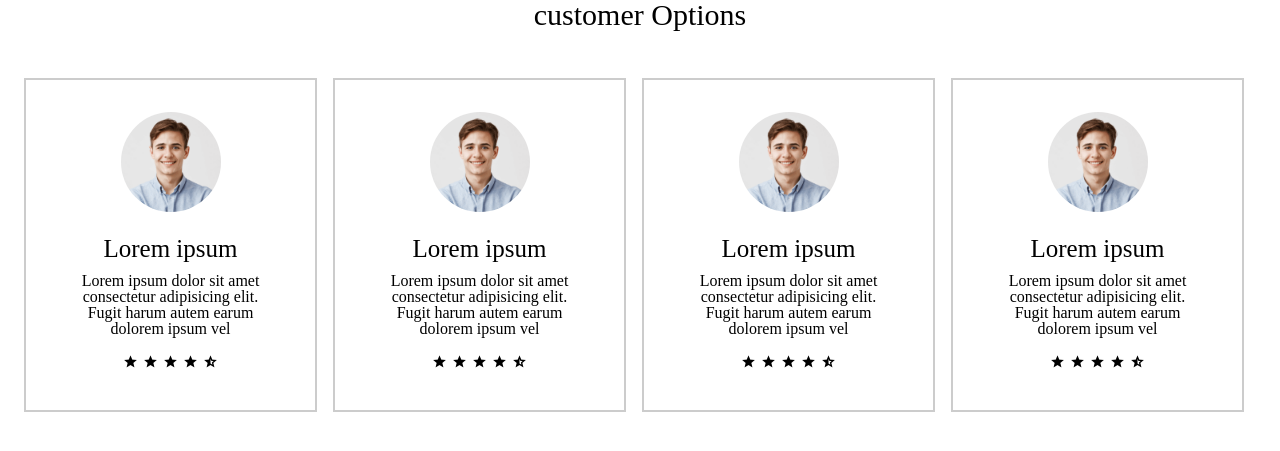
Repository: dinhhaidh/slider-3
Page: index.html
These files come from the project's save history. The page is drawn as it stood at one moment and after a run of saves; the edit follows.
The browser window is 1280 px wide. The pictures show the whole page.

Above is the page before, as saved 2024-03-22 21:07:51.

### index.html
<!DOCTYPE html>
<html lang="en">
<head>
    <meta charset="UTF-8">
    <meta name="viewport" content="width=device-width, initial-scale=1.0">
    <title>Document</title>
    <link rel="stylesheet" href="https://cdnjs.cloudflare.com/ajax/libs/remixicon/4.2.0/remixicon.min.css">

    <link rel="stylesheet" href="./css/swiper-bundle.min.css">

    <link rel="stylesheet" href="./css/style.css">

</head>
<body>
    <div class="customer">
        <h3 class="customer__title">customer Options</h3>
        <div class="customer__container container">
            <div class="customer__swiper swiper">
                <div class="swiper-wrapper">
                    <article class="customer__article swiper-slide">
                        <img src="./img1.png" alt="image" class="customer__img">

                        <h2 class="customer__heading">Lorem ipsum</h2>
                        <p>
                            Lorem ipsum dolor sit amet consectetur adipisicing elit. Fugit harum autem earum dolorem ipsum vel
                        </p>
                        <div class="customer__star">
                            <i class="ri-star-s-fill"></i>
                            <i class="ri-star-s-fill"></i>
                            <i class="ri-star-s-fill"></i>
                            <i class="ri-star-s-fill"></i>
                            <i class="ri-star-half-s-line"></i>
                        </div>
                    </article>
                    <article class="customer__article swiper-slide">
                        <img src="./img1.png" alt="image" class="customer__img">

                        <h2 class="customer__heading">Lorem ipsum</h2>
                        <p>
                            Lorem ipsum dolor sit amet consectetur adipisicing elit. Fugit harum autem earum dolorem ipsum vel
                        </p>

                        <div class="customer__star">
                            <i class="ri-star-s-fill"></i>
                            <i class="ri-star-s-fill"></i>
                            <i class="ri-star-s-fill"></i>
                            <i class="ri-star-s-fill"></i>
                            <i class="ri-star-half-s-line"></i>
                        </div>
                    </article>

                    <article class="customer__article swiper-slide">
                        <img src="./img1.png" alt="image" class="customer__img">

                        <h2 class="customer__heading">Lorem ipsum</h2>
                        <p>
                            Lorem ipsum dolor sit amet consectetur adipisicing elit. Fugit harum autem earum dolorem ipsum vel
                        </p>

                        <div class="customer__star">
                            <i class="ri-star-s-fill"></i>
                            <i class="ri-star-s-fill"></i>
                            <i class="ri-star-s-fill"></i>
                            <i class="ri-star-s-fill"></i>
                            <i class="ri-star-half-s-line"></i>
                        </div>
                    </article>
                </div>
            </div>
            <!-- If we need pagination -->
            <div class="swiper-pagination"></div>
        </div>
    </div>


    <script src="./js/swiper-bundle.min.js"></script>
    <script src="./js/app.js"></script>
</body>
</html>

### css/style.css
*,
*:before,
*:after {
  box-sizing: border-box;
}
* {
  margin: 0;
  padding: 0;
  font: inherit;
}
img,
picture,
svg,
video {
  display: block;
  max-width: 100%;
}
input,
select,
textarea {
  background-color: transparent;
  outline: none;
}
button {
  cursor: pointer;
  background-color: transparent;
  outline: none;
  border: 0;
}
body {
  min-height: 100vh;
  font-weight: 400;
  font-size: 16px;
  line-height: 1;
}


.container{
    max-width: 1220px;
    Margin-inline: 1.5rem;
}


.customer__title{
    text-align: center;
    margin-bottom: 3rem;
    font-size: 30px;
}

.customer__article{
  text-align: center;
    padding: 2rem 3rem 2.5rem;
    background-color: #fff;
    border: 2px solid #ccc;
    transition: border .4s, background-color .4s;
}
.customer__img{
    width: 100px;
    border-radius: 50%;
    margin: 0 auto 1.5rem;
}
.customer__heading{
  font-size: 25px;
  margin-bottom: 0.75rem;
}
.customer__article p {
    margin-bottom: 1rem;
    text-align: center;
}
.customer__star{

}
.ri-star-s-fill{

}
.ri-star-half-s-line{

}

### js/app.js
// let swiperCustomer = new Swiper('.customer__swiper', {
//     loop: true,
//     spaceBetween: 16,
//     slidesPerView: 'auto',
//     centeredSlides: 'auto',

//     breakpoints: {
//         1150: {
//             slidesPerView: 3,
//             centeredSlides: false,
//         },
//     }
// });

let swiperCustomer = new Swiper('.customer__swiper', {
    loop: true,
    spaceBetween: 16,
    slidesPerView: 'auto',
    centeredSlides: 'auto',

    navigation: {
        nextEl: '.swiper-button-next',
        prevEl: '.swiper-button-prev',
    },

    breakpoints: {
        1150: {
            slidesPerView: 4,
            centeredSlides: false,
        }
    }
});

Loaded but not shown: css/swiper-bundle.min.css (library); js/swiper-bundle.min.js (library)

After the next 2 saves:
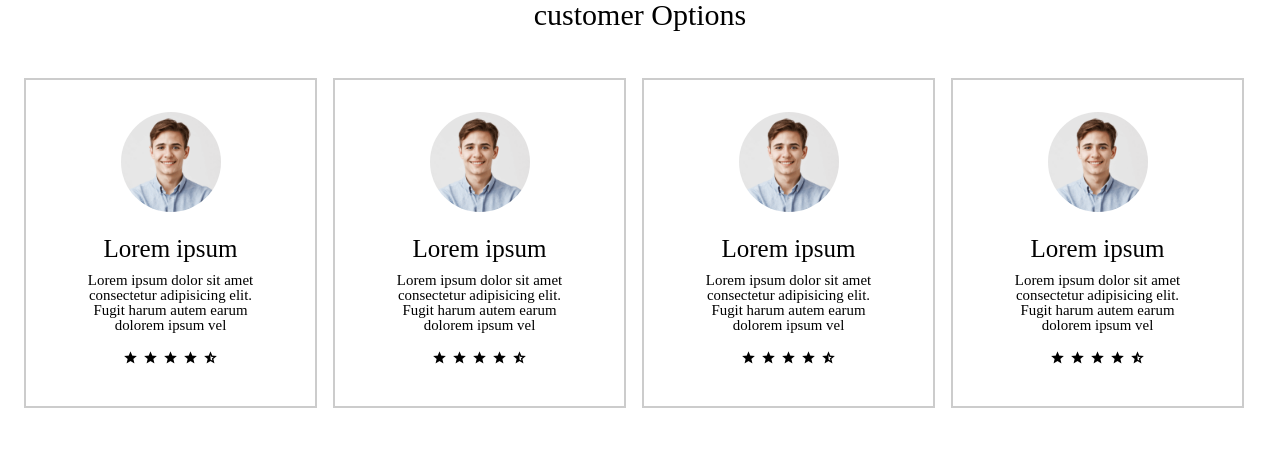
The 2 saves are shown as one change because they came seconds apart.
The last was saved 28 s later.
--- a/css/style.css
+++ b/css/style.css
@@ -66,6 +66,7 @@ body {
 .customer__article p {
     margin-bottom: 1rem;
     text-align: center;
+    font-size: 0.93rem;
 }
 .customer__star{
 
